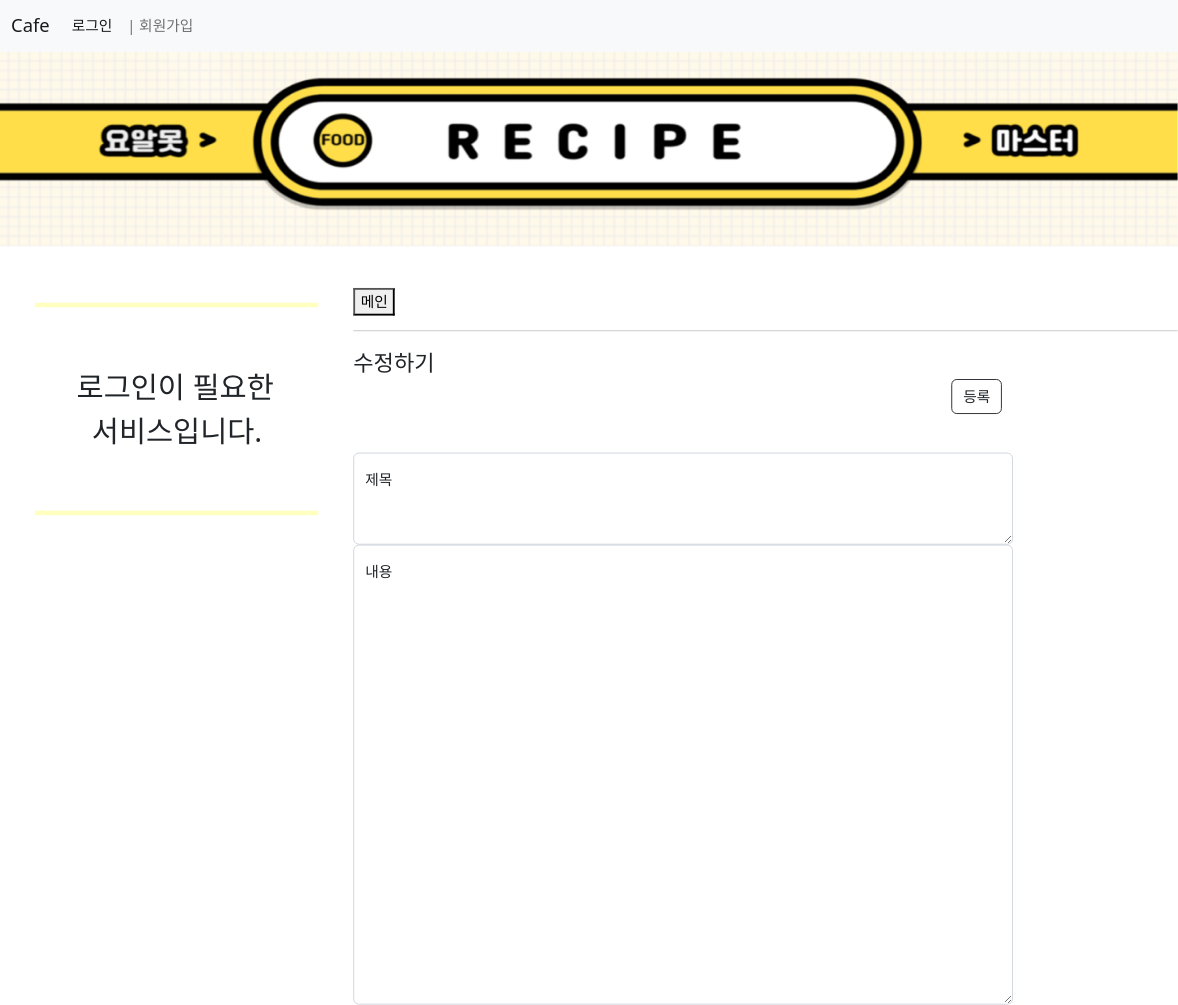
Repository: minz-cha/web_project
Page: http://localhost/jspbook/project/update.jsp
These files come from the project's save history. The page is drawn as it stood at one moment and after the next save; the edit follows.
The browser window is 1280 px wide. The pictures show the whole page, at 92% of full size.
The page is served by Tomcat 9. Nobody is signed in. The application's start-up code is not run.

Above is the page before, as saved 2022-12-04 20:36:00.

After the next save:
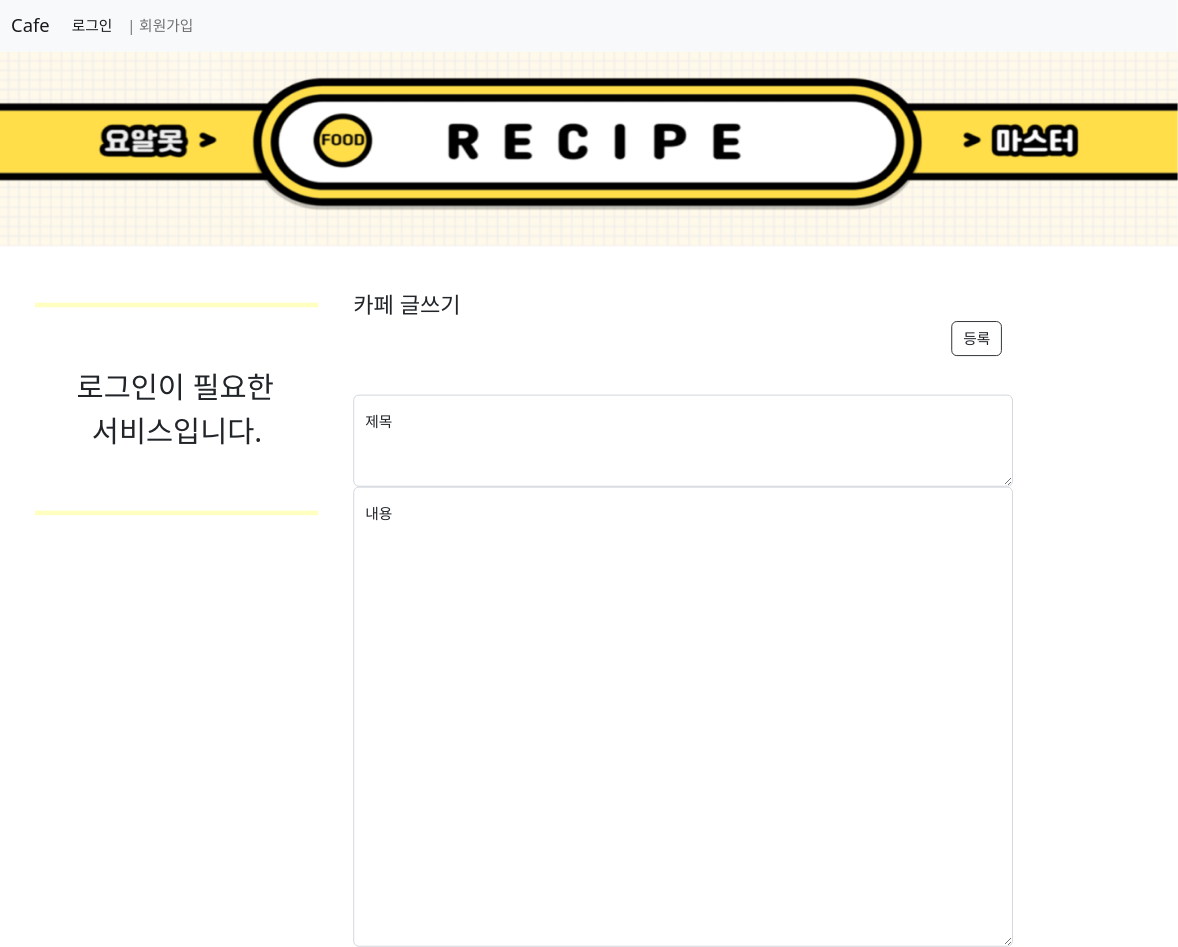
Saved 14 s later.
--- a/jspbook/WebContent/project/update.jsp
+++ b/jspbook/WebContent/project/update.jsp
@@ -94,10 +94,9 @@
          </div>
       </div>
 		<div style="width: 70%;">
-		<button type="button" onclick="location.href='Main.jsp'">메인</button><hr>
-			<span style="font-size: 1.5em;">수정하기</span>
+			<span style="font-size: 1.5em;">카페 글쓰기</span>
 
-			<form action="/jspbook/UpdateServlet" name="UpdateBoard">
+			<form action="/jspbook/PostServlet" name="RegisterBoard">
 				<button type="submit" class="btn btn-outline-dark"
 					style="margin-left: 650px">등록</button>
 				<hr
